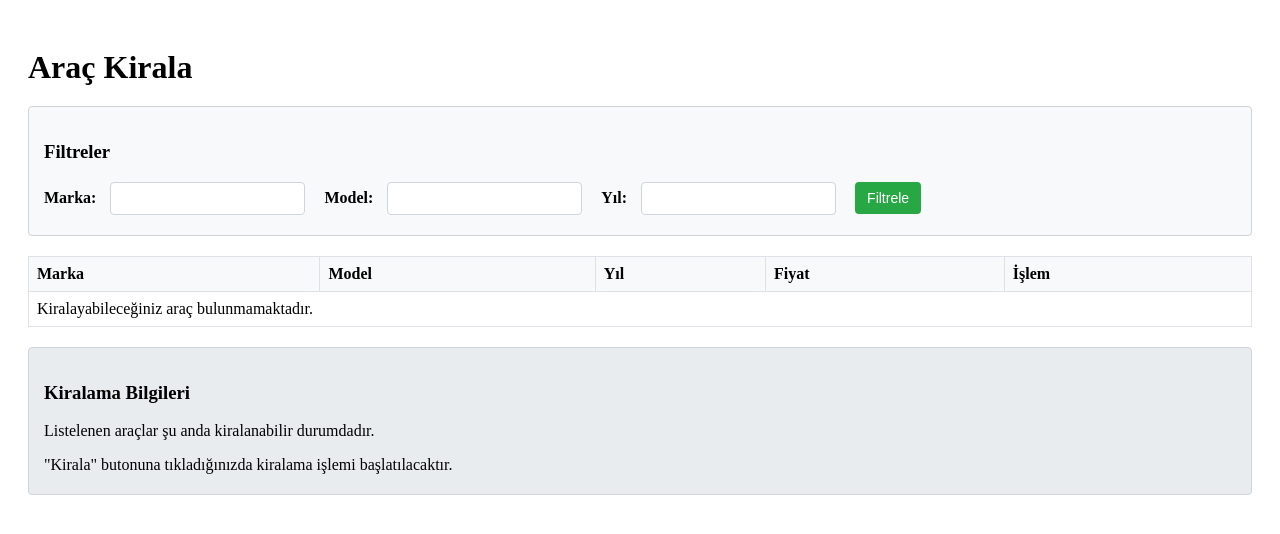
Repository: SelmanEminKulfal/CarBookManagementSystemUsingJava
Page: http://localhost/sellandrent/rent-a-car.jsp
The author's editor kept a copy of each file at every save. The page is drawn from the files as they stood at one save, then again after the next save.
The browser window is 1280 px wide. The pictures show the whole page.
The page is served by Tomcat 10. Nobody is signed in. The application's start-up code is not run. The template is opened directly, without the code that normally fills it, so the values that code supplies are empty.

Above is the page before, as saved 2025-04-11 03:13:11.

After the next save:
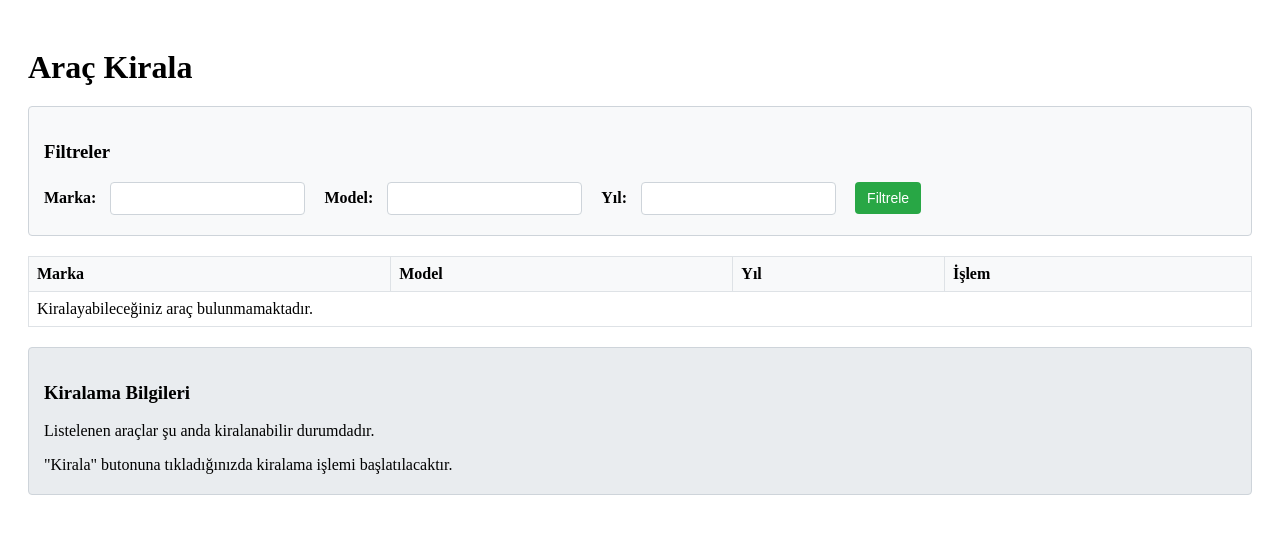
Saved 81 s later.
--- a/sellandrent/src/main/webapp/rent-a-car.jsp
+++ b/sellandrent/src/main/webapp/rent-a-car.jsp
@@ -139,7 +139,6 @@
                     <th>Marka</th>
                     <th>Model</th>
                     <th>Yıl</th>
-                    <th>Fiyat</th>
                     <th>İşlem</th>
                 </tr>
             </thead>
